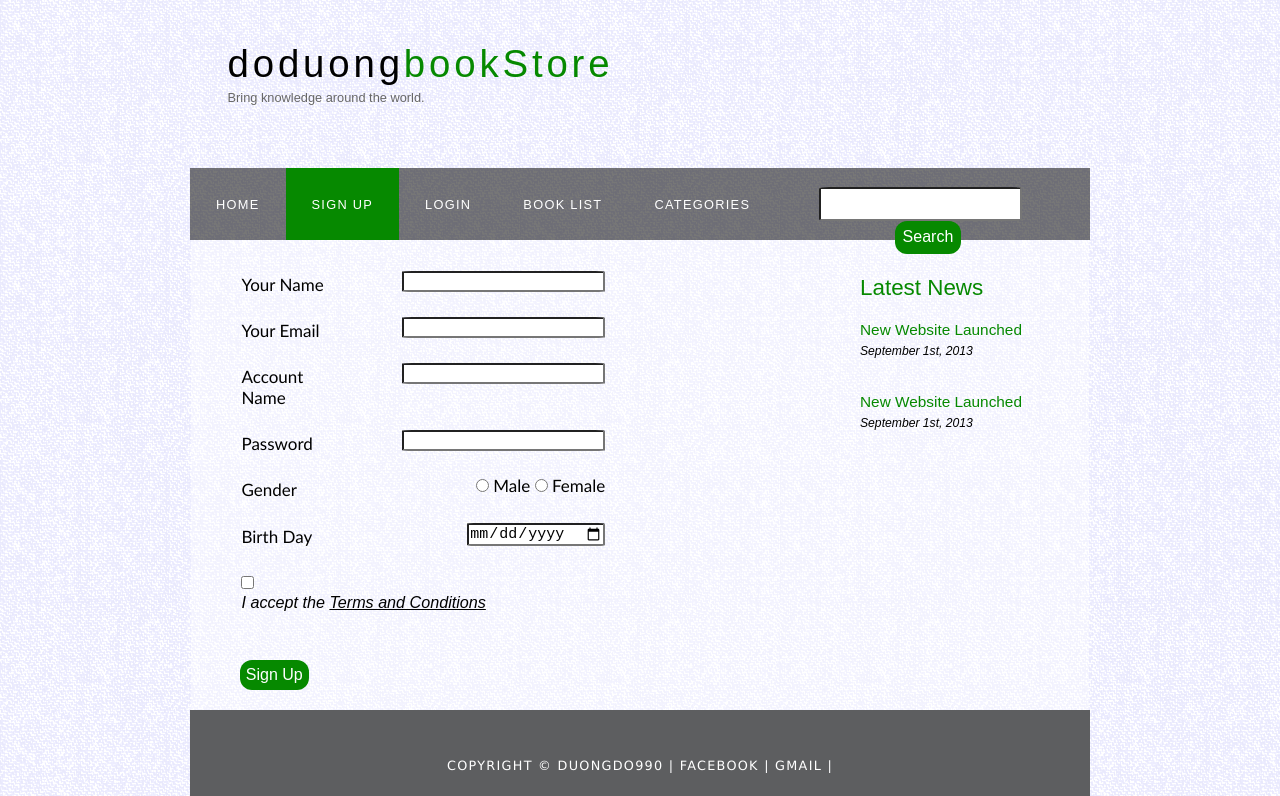
Repository: ngttuyen/JavaWeb
Page: http://localhost/MyWebsite/signup.jsp
These files come from the project's save history. The page is drawn as it stood at one moment and after the next save; the edit follows.
The browser window is 1280 px wide. The pictures show the whole page.
The page is served by Tomcat 9. Other server files are loaded and not shown.

Above is the page before, as saved 2019-06-02 08:16:11.

### MyWebsite/WebContent/signup.jsp
<%@page contentType="text/html" pageEncoding="utf-8"%>
<%@ include file="includes/head.jsp"%>
<body>
	<div id="main">
		<div id="header">
			<div id="logo">
				<div id="logo_text">
					<!-- class="logo_colour", allows you to change the colour of the text -->
					<h1>
						<a href="index.jsp">doduong<span class="logo_colour">bookStore</span></a>
					</h1>
					<h2>Bring knowledge around the world.</h2>
				</div>
			</div>
			<div id="menubar">
				<ul id="menu">
					<!-- put class="selected" in the li tag for the selected page - to highlight which page you're on -->
					<li><a href="index.jsp">Home</a></li>
					<li class="selected"><a href="signup.jsp">Sign Up</a></li>
					<li><a href="login.jsp">Login</a></li>
					<li><a href="book.jsp">Book List</a></li>
					<li><a href="categories.jsp">Categories</a></li>
				</ul>
				<form method="get" action="" id="searchForm">
					<input type="text" name="search" class="styled-input">
					<button class="button" type="submit">Search</button>
				</form>
			</div>

		</div>
		<div id="site_content">
			<%@ include file="/includes/sidebar.jsp"%>
			<div id="content">
				<!-- -------------------------your code here---------------------- --->
				<form method="post" action="ProcessSignUp">
					<table class="login-signup">
						<tr>
							<td><label>Your Name</label></td>
							<td class="right"><input type="text" name="name"
								class="styled-input"></td>
						</tr>
						<tr>
							<td><label>Your Email</label></td>
							<td class="right"><input type="text" name="email"
								class="styled-input"></td>
						</tr>
						<tr>
							<td><label>Account Name</label></td>
							<td class="right"><input type="text" name="id"
								class="styled-input"></td>
						</tr>
						<tr>
							<td><label>Password</label></td>
							<td class="right"><input type="password" name="pw"
								class="styled-input"></td>
						</tr>
						<tr>
							<td><label>Gender</label></td>
							<td class="right"><input class="gender-radio" type="radio"
								name="gender" value="male"> Male <input
								class="gender-radio" type="radio" name="gender" value="female">
									Female</td>
						</tr>
						<tr>
							<td><label>Birth Day</label></td>
							<td class="right"><input type="date" name="dob"
								class="styled-input"></td>
						</tr>
						<tr>
							<td colspan="2"><input type="checkbox" required name="terms">
							<h5>
									I accept the <u>Terms and Conditions</u>
								</h5>
								</p></td>
						</tr>
					</table>
					<button class="button" type="submit">Sign Up</button>
				</form>
				<!-- -------------------------your code here---------------------- --->
			</div>
		</div>
		<div id="footer">
			<!---footer here --->
			<%@ include file="/includes/footer.jsp"%>
		</div>
	</div>
</body>
</html>

### MyWebsite/WebContent/includes/head.jsp
<%@page contentType="text/html" pageEncoding="utf-8" %>
<!doctype html>
<html>

<head>
  <title>doduong's BookStore</title>
  <meta name="description" content="website description" />
  <meta name="keywords" content="website keywords, website keywords" />
  <meta http-equiv="content-type" content="text/html; charset=windows-1252" />
  <link rel="stylesheet"href="styles/style.css" title="style">
</head>

### MyWebsite/WebContent/includes/sidebar.jsp
<%@page contentType="text/html" pageEncoding="utf-8"%>
<div class="sidebar">
	<!-- insert your sidebar items here -->
	<h3>Latest News</h3>
	<h4>New Website Launched</h4>
	<h5>September 1st, 2013</h5>
	<p></p>
	<h4>New Website Launched</h4>
	<h5>September 1st, 2013</h5>
</div>

### MyWebsite/WebContent/includes/footer.jsp
<%@page contentType="text/html" pageEncoding="utf-8"%>
<div id="footer">
	Copyright &copy; duongdo990 | <a
		href="#">Facebook</a> | <a
		href="#">Gmail</a> |
</div>
</div>

### MyWebsite/WebContent/styles/style.css
html
{ height: 100%;}

*
{ margin: 0;
  padding: 0;}

body
{ font: normal .80em 'trebuchet ms', arial, sans-serif;
  background: #F0EFE2 url(../images/background.png) repeat;
  color: #777;}

p
{ padding: 0 0 20px 0;
  line-height: 1.7em;}

img
{ border: 0;}

h1, h2, h3, h4, h5, h6
{ font: normal 175% 'century gothic', arial, sans-serif;
  color: #068900;
  margin: 0 0 15px 0;
  padding: 15px 0 5px 0;}

h2
{ font: normal 175% 'century gothic', arial, sans-serif;
  color: #068900;}

h4, h5, h6
{ margin: 0;
  padding: 0 0 5px 0;
  font: normal 120% arial, sans-serif;
  color: #068900;}

h5, h6
{ font: italic 95% arial, sans-serif;
  padding: 0 0 15px 0;
  color: #000;}

h6
{ color: #362C20;}

a, a:hover
{ outline: none;
  text-decoration: underline;
  color: #FD5BFF;}

a:hover
{ text-decoration: none;}

.left
{ float: left;
  width: auto;
  margin-right: 10px;}

.right
{ float: right;
  width: auto;
  margin-left: 10px;}

.center
{ display: block;
  text-align: center;
  margin: 20px auto;}

blockquote
{ margin: 20px 0;
  padding: 10px 20px 0 20px;
  border: 1px solid #E5E5DB;
  background: #FFF;}

ul
{ margin: 2px 0 22px 17px;}

ul li
{ list-style-type: circle;
  margin: 0 0 6px 0;
  padding: 0 0 4px 5px;}

ol
{ margin: 8px 0 22px 20px;}

ol li
{ margin: 0 0 11px 0;}

#main, #logo, #menubar, #site_content, #footer
{ margin-left: auto;
  margin-right: auto;}

#header
{ height: 240px;}

#logo
{ width: 825px;
  position: relative;
  height: 168px;}

#logo #logo_text
{ position: absolute;
  top: 20px;
  left: 0;}

#logo h1, #logo h2
{ font: normal 300% 'century gothic', arial, sans-serif;
  border-bottom: 0;
  text-transform: none;
  margin: 0;}

#logo_text h1, #logo_text h1 a, #logo_text h1 a:hover
{ padding: 22px 0 0 0;
  color: #000;
  letter-spacing: 0.1em;
  text-decoration: none;}

#logo_text h1 a .logo_colour
{ color: #068900;}

#logo_text h2
{ font-size: 100%;
  padding: 4px 0 0 0;
  color: #676767;}

#menubar
{ width: 900px;
  height: 72px;
  padding: 0;
  background: transparent url(../images/transparent.png) repeat;}

ul#menu, ul#menu li
{ float: left;
  margin: 0;
  padding: 0;}

ul#menu li
{ list-style: none;}

ul#menu li a
{ letter-spacing: 0.1em;
  font: normal 100% arial, sans-serif;
  display: block;
  float: left;
  height: 37px;
  padding: 29px 26px 6px 26px;
  text-align: center;
  color: #FFF;
  text-transform: uppercase;
  text-decoration: none;
  background: transparent;}

ul#menu li a:hover, ul#menu li.selected a, ul#menu li.selected a:hover
{ color: #FFF;
  background: #068900;}

#site_content
{ width: 837px;
  overflow: hidden;
  margin: 0 auto 0 auto;
  padding: 20px 24px 20px 37px;
  background: transparent url(../images/transparent_light.png) repeat;}

.sidebar
{ float: right;
  width: 190px;
  padding: 0 15px 20px 15px;}

.sidebar ul
{ width: 178px;
  padding: 4px 0 0 0;
  margin: 4px 0 30px 0;}

.sidebar li
{ list-style: none;
  padding: 0 0 7px 0; }

.sidebar li a, .sidebar li a:hover
{ padding: 0 0 0 40px;
  display: block;
  background: transparent url(../images/link.png) no-repeat left center;}

.sidebar li a.selected
{ color: #444;
  text-decoration: none;}

#content
{ text-align: left;
  width: 595px;
  padding: 0;}

#content ul
{ margin: 2px 0 22px 0px;}

#content ul li
{ list-style-type: none;
  background: url(../images/bullet.png) no-repeat;
  margin: 0 0 6px 0;
  padding: 0 0 4px 25px;
  line-height: 1.5em;}

#footer
{ width: 900px;
  font: normal 100% 'lucida sans unicode', arial, sans-serif;
  height: 33px;
  padding: 24px 0 5px 0;
  text-align: center;
  background-color: #5d5e60;
  color: #FFF;
  text-transform: uppercase;
  letter-spacing: 0.1em;}

#footer a
{ color: #FFF;
  text-decoration: none;}

#footer a:hover
{ color: #FFF;
  text-decoration: underline;}

.search
{ color: #5D5D5D;
  border: 1px solid #BBB;
  width: 134px;
  padding: 4px;
  font: 100% arial, sans-serif;}

#colours
{ height: 0px;
  text-align: right;
  padding: 66px 16px 0px 300px;}
  /*-------------------------------------*/
.button {
  background-color: #068900; /* Green */
  border: none;
  color: white;
  padding: 1% 1%;
  text-align: center;
  text-decoration: none;
  display: inline-block;
  font-size: 16px;
  border-radius: 12px;
  margin-left: 2%;
}
#searchForm{
  height: 37px;
  padding: 19px 26px 6px 10%;
  text-align: center;
  color: #FFF;
  text-transform: uppercase;
  text-decoration: none;
  background: transparent;
}
.styled-input {
	height: 80%;
	border-radius: 5%;
	font-size: 15px;
	border: 1% solid #068900;
	font-weigh: bold;
}
.login-signup{
	width: 65%;
	height: 100%;
	font-size: 17px;
	color: black;
}
td{
	padding: 3% 3% 3% 3%;
}

After the next save:
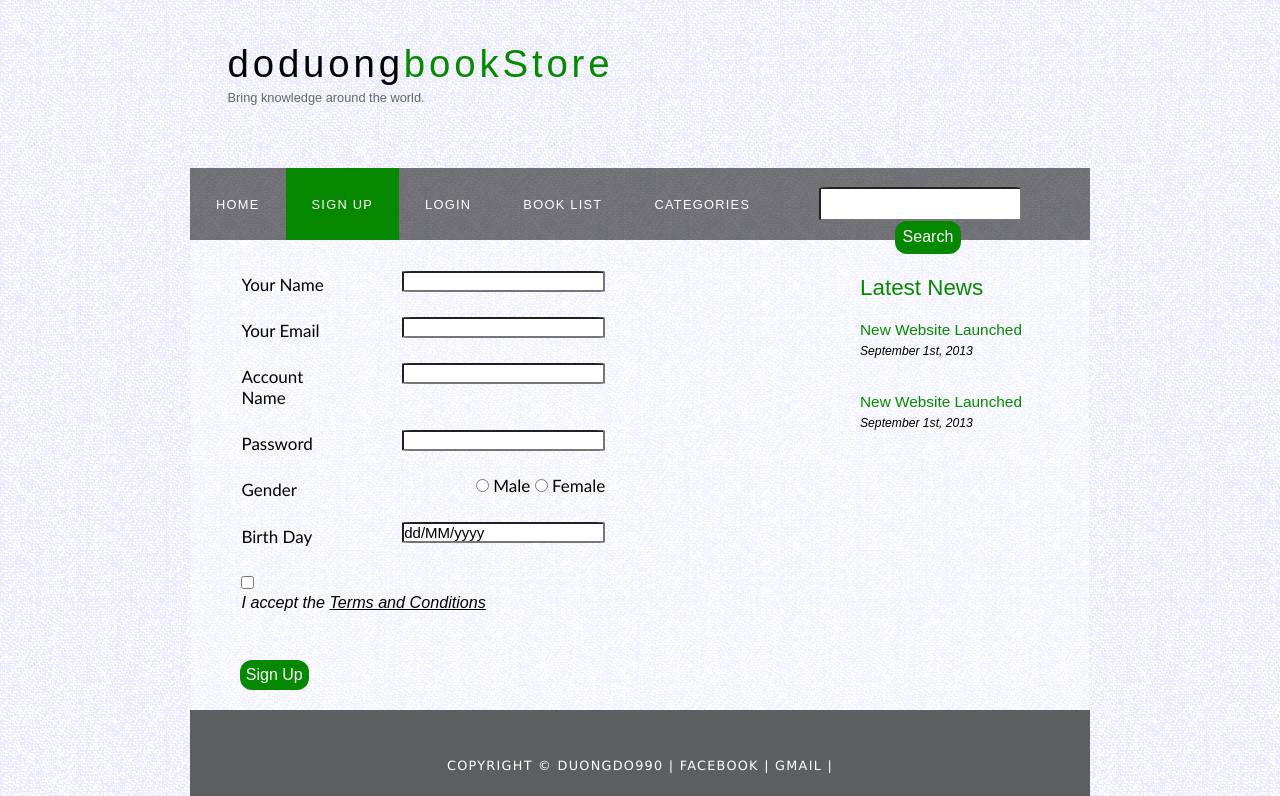
Saved 3 min 20 s later.
--- a/MyWebsite/WebContent/signup.jsp
+++ b/MyWebsite/WebContent/signup.jsp
@@ -63,8 +63,8 @@
 						</tr>
 						<tr>
 							<td><label>Birth Day</label></td>
-							<td class="right"><input type="date" name="dob"
-								class="styled-input"></td>
+							<td class="right"><input type="text" name="dob"
+								class="styled-input" value="dd/MM/yyyy"></td>
 						</tr>
 						<tr>
 							<td colspan="2"><input type="checkbox" required name="terms">
